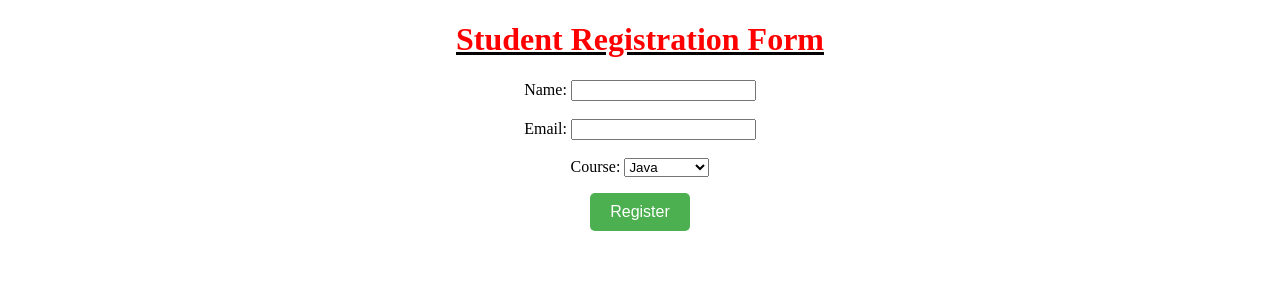
Repository: anik3395/JavaServletProjects
Page: eclipse-workspace/StudentRegistrationSystem/src/main/webapp/registration.html
These files come from the project's save history. The page is drawn as it stood at one moment and after the next save; the edit follows.
The browser window is 1280 px wide. The pictures show the whole page.

Above is the page before, as saved 2024-10-22 14:15:03.

After the next save:
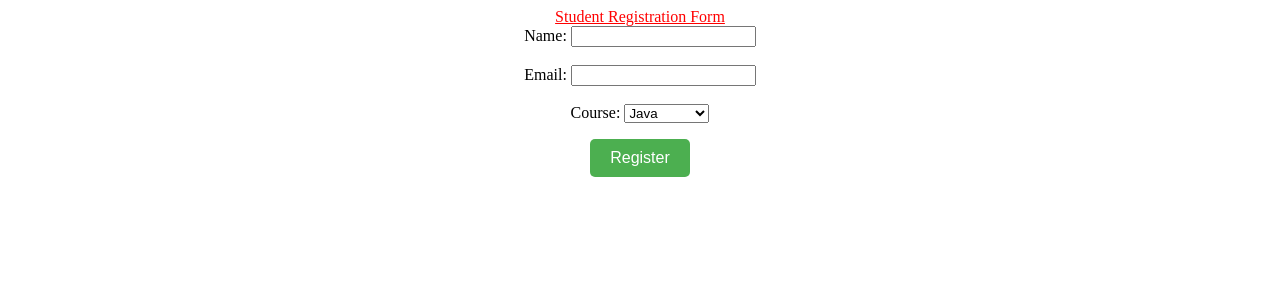
Saved 22 s later.
--- a/eclipse-workspace/StudentRegistrationSystem/src/main/webapp/registration.html
+++ b/eclipse-workspace/StudentRegistrationSystem/src/main/webapp/registration.html
@@ -6,7 +6,7 @@
 </head>
 <body style="text-align:center;">
 
-<u><h1 style="color:red;">Student Registration Form</h1></u>
+<u style="color:red; ><h1 style="color:red;">Student Registration Form</h1></u>
 
  <!-- Create a form for Registration -->
 <form action="register" method="post">
